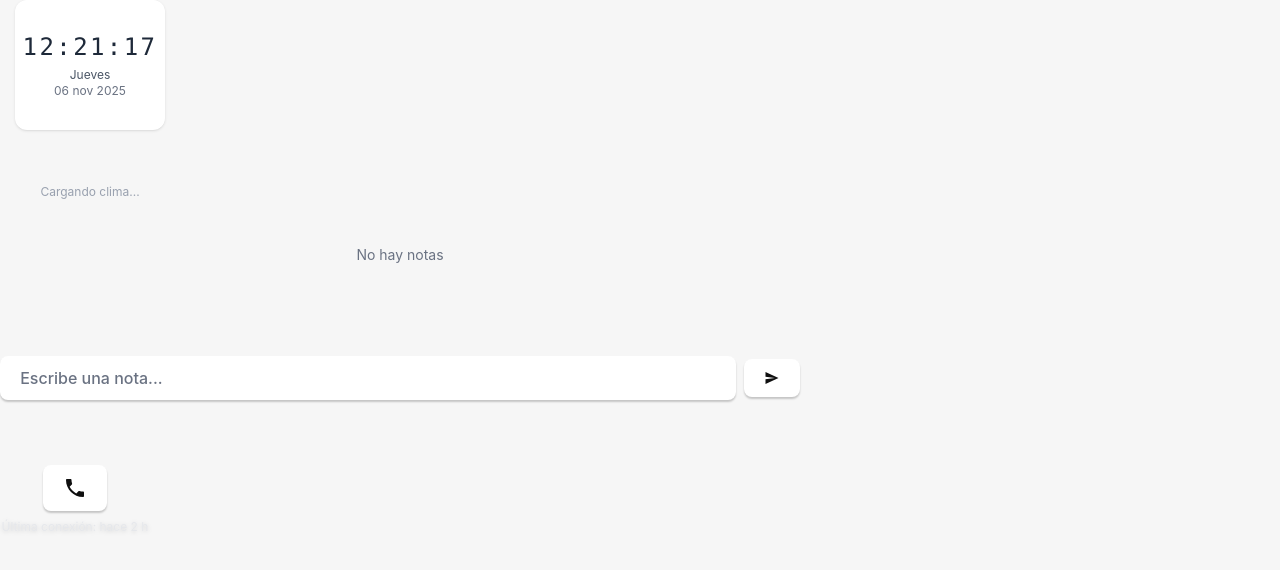
Repository: CodeByEvans/my-romantic-widget
Page: /
The author's editor kept a copy of each file at every save. The page is drawn from the files as they stood at one save, then again after the next save.
The browser window is 1280 px wide. The pictures show the whole page.
The page's requests for data from a server got no answer. The project was rebuilt for these pictures with package versions that can differ from the ones it lists, and the page was loaded fresh each time. No one was signed in, and anything a server would have sent is missing. Also part of the build but not shown: vite.config.ts.

Above is the page before, as saved 2025-11-06 14:31:48.

After the next save:
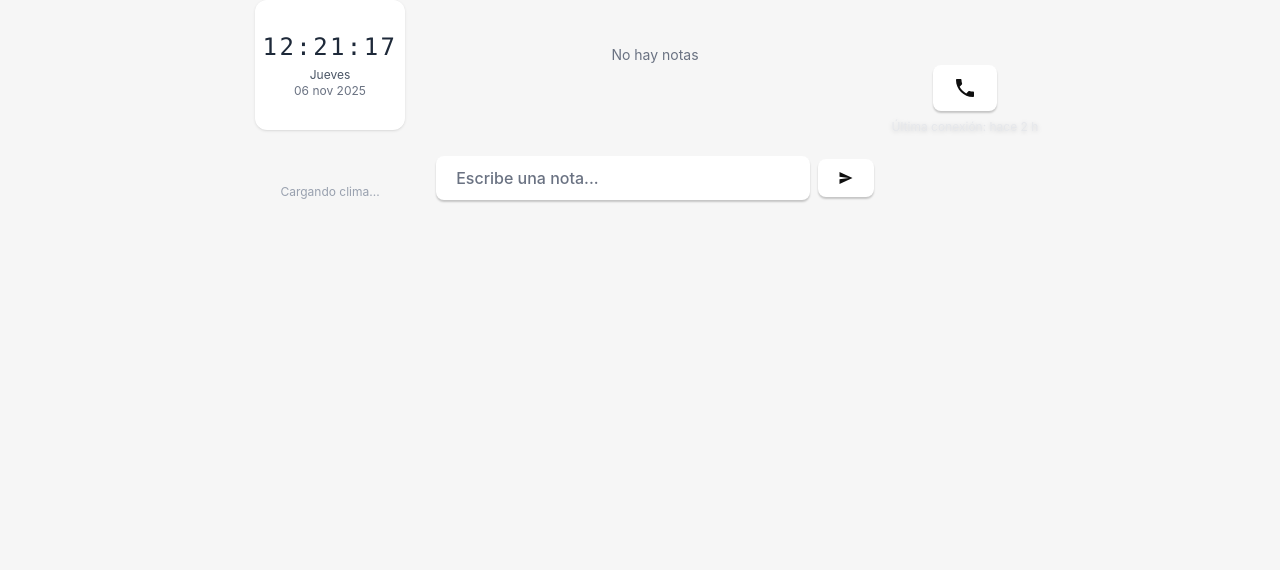
Saved 7 s later.
--- a/src/App.tsx
+++ b/src/App.tsx
@@ -7,7 +7,11 @@ import { CallButton } from "./components/CallButton";
 
 function App() {
   return (
-    <main data-tauri-drag-region className="w-[800px] h-[200px] ">
+    <main
+      data-tauri-drag-region
+      className="w-[800px] h-[200px] mx-auto flex items-center justify-between gap-4
+"
+    >
       {/* Clima + Reloj */}
       <section className="flex flex-col justify-between items-center h-full w-[180px] gap-2">
         <Clock />
